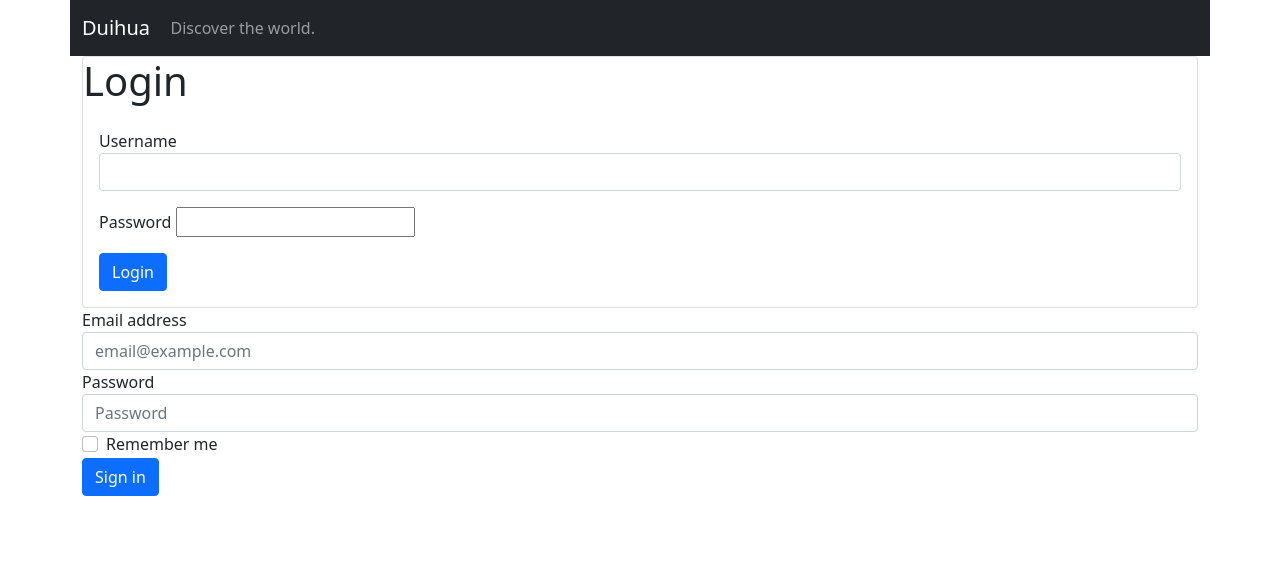
Repository: Norgalador/DuiHuaApp
Page: http://localhost/DuiHua/WEB-INF/loginPage.jsp
An editor plug-in stored every save of this project. The page is shown before and after the next save, followed by the edit.
The browser window is 1280 px wide. The pictures show the whole page.
The page is served by Tomcat 9. Nobody is signed in. The template is opened directly, without the code that normally fills it, so the values that code supplies are empty.

Above is the page before, as saved 2022-08-15 05:07:20.

After the next save:
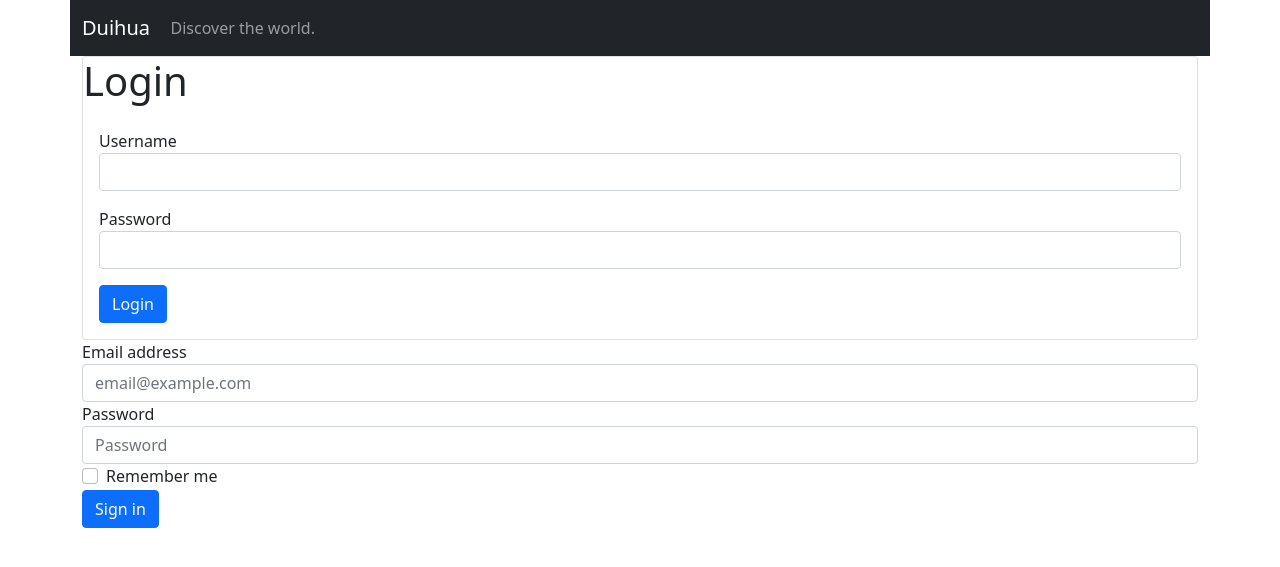
Saved 38 s later.
--- a/DuiHua/src/main/webapp/WEB-INF/loginPage.jsp
+++ b/DuiHua/src/main/webapp/WEB-INF/loginPage.jsp
@@ -34,7 +34,7 @@
 				</p>
 				<p class="form-group">
 					<label for="password">Password</label> <input type="password"
-						id="password" name="password" />
+						class="form-control" id="password" name="password" />
 				</p>
 				<input type="hidden" name="${_csrf.parameterName}"
 					value="${_csrf.token}" /> <input class="btn btn-primary" type="submit" value="Login" />
